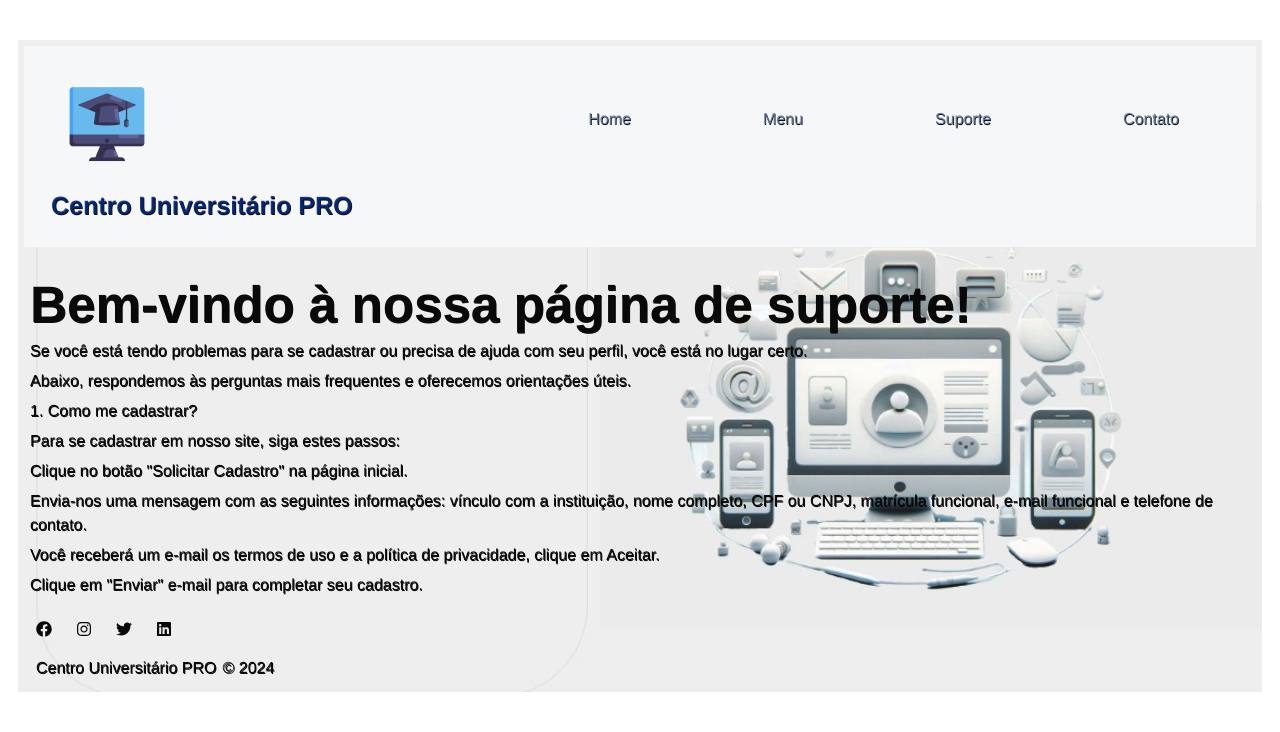
Repository: DanuziaRA/Cadastros-de-Usuarios
Page: /suporte
These files come from the project's save history. The page is drawn as it stood at one moment and after a run of saves; the edit follows.
The browser window is 1280 px wide. The pictures show the whole page.
The project was rebuilt for these pictures with package versions that can differ from the ones it lists, and the page was loaded fresh each time. Also part of the build but not shown: vite.config.js, src/components/Footer.css, src/router/Contact.jsx, src/router/ErrorPage.jsx, src/router/ContactDetails.jsx, src/router/Login.css, src/router/Login.jsx, src/router/Menu.jsx and 9 more.

Above is the page before, as saved 2024-10-02 16:29:48.

### src/main.jsx
import { StrictMode } from 'react'
import { createRoot } from 'react-dom/client'
import App from './App.jsx'
import './index.css'

import {createBrowserRouter, RouterProvider,Navigate} from 'react-router-dom';

  import Contact from './router/Contact.jsx';
  import ErrorPage from './router/ErrorPage.jsx';
  import ContactDetails from './router/ContactDetails.jsx';
  import Login from './router/Login.jsx';
  import Menu from './router/Menu.jsx';
  import Suporte from './router/Suporte.jsx';
  import Forget from './router/Forget.jsx';
  import Atualizar from './router/Atualizar.jsx';
  import Excluir from './router/Excluir.jsx';
  import Cadastro from './router/Cadastro.jsx';
  import Cadastropj from './router/Cadastropj.jsx';
  import Cadastroprof from './router/Cadastroprof.jsx';
  import Cadastroforn from './router/Cadastroforn.jsx';
  import Cadastroaluno from './router/Cadastroaluno.jsx';


  const router = createBrowserRouter([
        {
      path: "/",
      element: <App/>,
      errorElement: <ErrorPage />,
      children: [
        {
          path: "/",
          element:<Login />,
        },
        {
          path: "suporte",
          element:<Suporte />,
        },
        {
          path: "menu",
          element:<Menu />,
        },
        {
          path: "contact",
          element:<Contact />,
        },
        //Nested routes - identificando unico
        {
          path: "/contact/id",
          element: <ContactDetails />,
        },
        {
          path: "forget",
          element: <Forget />,
        },
        {
          path: "atualizar",
          element: <Atualizar />,
        },
        {
          path: "excluir",
          element: <Excluir />,
        },
        {
          path: "cadastropf",
          element: <Cadastro />,
        },
        {
          path: "cadastropj",
          element: <Cadastropj />,
        },
        {
          path: "cadastroprof",
          element: <Cadastroprof />,
        },
        {
          path: "cadastroforn",
          element: <Cadastroforn />,
        },
        {
          path: "cadastroaluno",
          element: <Cadastroaluno />,
        },
        //Navigate para página não existentes
        {
          path: "oldcontact",
          element: <Navigate to="/contact" />,
        },
      ],
    },
    ]);


createRoot(document.getElementById('root')).render(
  <StrictMode>
    <RouterProvider router={router} />
    </StrictMode>,
);

### src/App.jsx
import './App.css'

import { Outlet } from 'react-router-dom';
import Navbar from './components/Navbar';
import Footer from './components/Footer'


function App() {
  return (
      <div className='App'>
        <Navbar />
        <h1></h1>
        <Outlet />
        <Footer />
    </div>
  );
}

export default App;

### src/router/Suporte.jsx
import React from 'react'

function Suporte() {
  return (
    <div>
        <h1>Bem-vindo à nossa página de suporte!</h1>
        <p>Se você está tendo problemas para se cadastrar ou precisa de ajuda com seu perfil, você está no lugar certo.</p>
        <p>Abaixo, respondemos às perguntas mais frequentes e oferecemos orientações úteis.</p>
        <p>1. Como me cadastrar?</p>
        <p>Para se cadastrar em nosso site, siga estes passos:</p>

<p>Clique no botão "Solicitar Cadastro" na página inicial.</p>
<p>Envia-nos uma mensagem com as seguintes informações:
    vínculo com a instituição, nome completo, CPF ou CNPJ, matrícula funcional, e-mail funcional e telefone de contato.</p>
<p>Você receberá um e-mail os termos de uso e a política de privacidade, clique em Aceitar.</p>
<p>Clique em "Enviar" e-mail para completar seu cadastro.</p>


    </div>
  )
}

export default Suporte

### src/App.css
* {
  box-sizing: border-box;
  margin: 6px;
  padding: 0px;
  font-family: Helvetica;
  font-size: 16px;
  text-shadow: #0d0d0d 0.7px 0.7px;
  color:rgb(9, 9, 9)
}
.App{
  display: flex;
  flex-direction: column;
  flex-grow: 1;
  justify-content: center;
  align-items: left;
  background-size: cover;
  background-image: url("src/assets/Fundo minimalista cadastro 4.jpg");
  background-position: center;
  }

### src/components/Navbar.jsx
import { Link } from "react-router-dom"
import logo from './../assets/LOGO novo.png'
import { Component } from "react";
import './Navbar.css';


const Navbar = () => {
    return (
    <nav className="navbar">
        <div className="navbar-logo">
        <Link to="/">
            <img src={logo} alt=""/>
            </Link>
            <h1>Centro Universitário PRO</h1>
            </div>
            <ul className="navbar-links">
            <li><a href="/">Home</a></li>
            <li><a href="/Menu">Menu</a></li>
            <li><a href="/Suporte">Suporte</a></li>
            <li><a href= "/Contact">Contato</a></li>
            </ul>
    </nav>
    )
}

export default Navbar

### src/components/Footer.jsx
import { FaFacebook, FaInstagram,FaTwitter,FaLinkedin } from "react-icons/fa"
import { Link } from "react-router-dom";
import './Footer.css';

function Footer(){
    return (
        <nav>
            <Link to="https://www.facebook.com/?locale=pt_BR">
            < FaFacebook alt=""/>
            </Link>
            <Link to="https://www.instagram.com/">
            < FaInstagram alt=""/>
            </Link>
            <Link to="/">
            < FaTwitter alt=""/>
            </Link>
            <Link to="https://www.linkedin.com.br">
            < FaLinkedin alt=""/>
            </Link>
            <p><span>Centro Universitário PRO</span>&copy; 2024</p>
            </nav>


    );

}
export default Footer

### src/router/Menu.css
nav li{
    width: 30%;
    height: 70%;
    outline: none;
    font-size: 16px;
    color: #070000;
    padding: 10px 20px;
    margin: 30px;
    }
nav li a{
    color: #7a7a7a;
    font-size: 16px;
    text-decoration: none;

}

### src/components/Navbar.css
.navbar{
    display: flex;
    justify-content: space-between;
    padding: 15px;
    align-items: left;
    background-color:rgb(245, 247, 249)

}
.navbar-logo h1{
    color: #06297ae1;
    font-size: 25px;
    align-items: center;


}
.navbar-links {
list-style-type: none;
display: flex;
gap: 20px;
align-items: left;

}
.navbar li{
    display: inline;
    }
.navbar-links li a {
    color: #67789ee1;
    text-decoration: none;
}
.navbar-links li a:hover{
    color:#ddd;
}

Loaded but not shown: index.html (common file); src/index.css (common file)

After the next 2 saves:
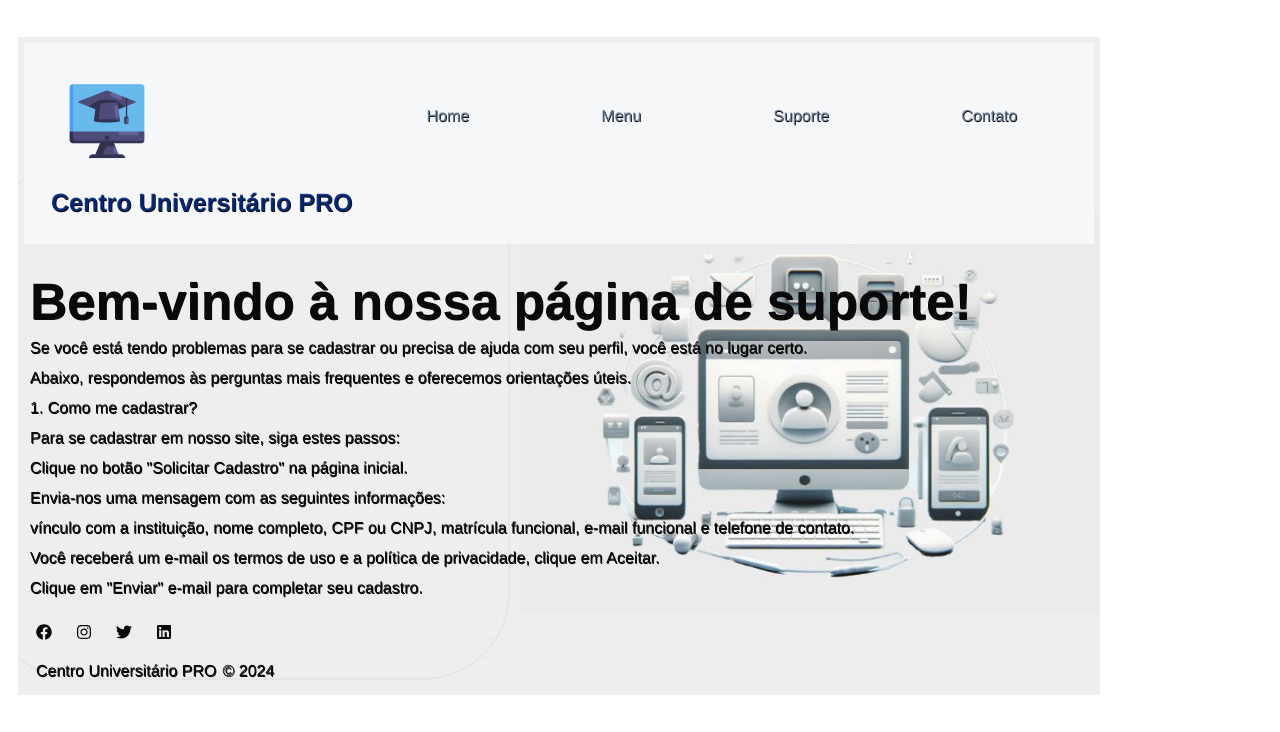
The 2 saves are shown as one change because 1 did not build or start.
The last was saved 10 s later.
--- a/src/router/Suporte.jsx
+++ b/src/router/Suporte.jsx
@@ -10,8 +10,8 @@ function Suporte() {
         <p>Para se cadastrar em nosso site, siga estes passos:</p>
 
 <p>Clique no botão "Solicitar Cadastro" na página inicial.</p>
-<p>Envia-nos uma mensagem com as seguintes informações:
-    vínculo com a instituição, nome completo, CPF ou CNPJ, matrícula funcional, e-mail funcional e telefone de contato.</p>
+<p>Envia-nos uma mensagem com as seguintes informações:</p>
+    <p>vínculo com a instituição, nome completo, CPF ou CNPJ, matrícula funcional, e-mail funcional e telefone de contato.</p>
 <p>Você receberá um e-mail os termos de uso e a política de privacidade, clique em Aceitar.</p>
 <p>Clique em "Enviar" e-mail para completar seu cadastro.</p>
 
